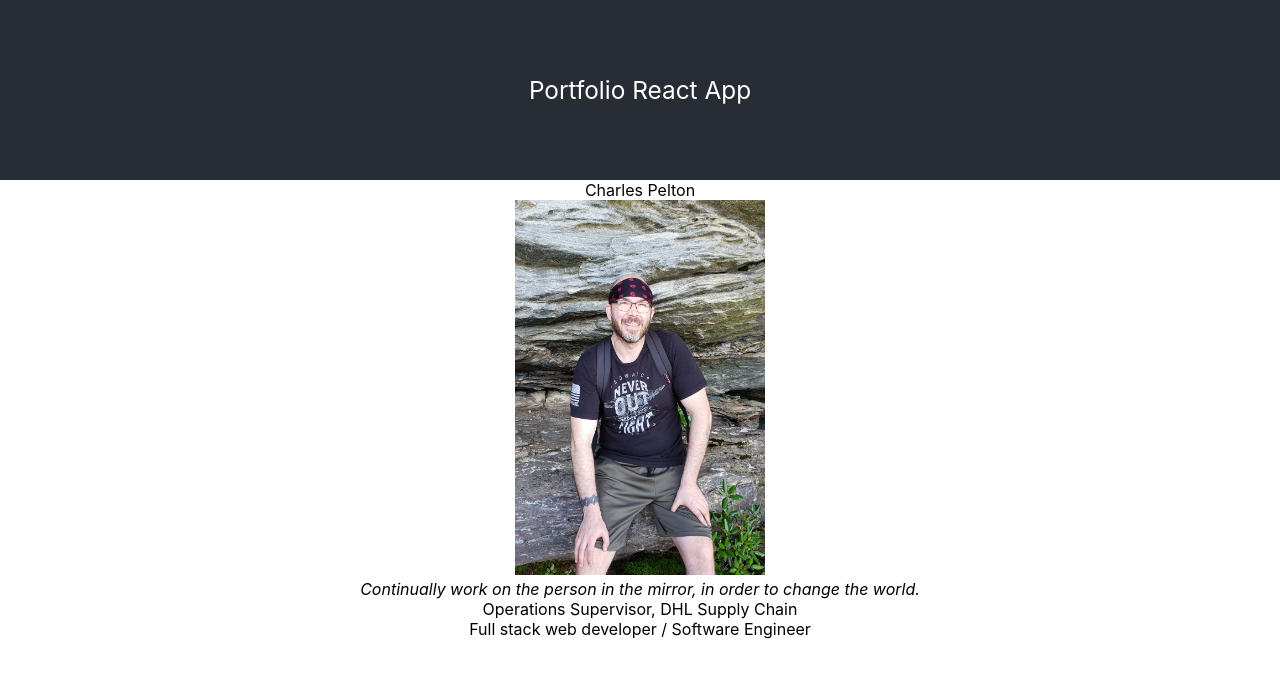
Repository: charliejp0311/PortfolioPage
Page: / (app in portfolio/)
An editor plug-in stored every save of this project. The page is shown before and after the next save, followed by the edit.
The browser window is 1280 px wide. The pictures show the whole page.
The project was rebuilt for these pictures with package versions that can differ from the ones it lists, and the page was loaded fresh each time.

Above is the page before, as saved 2020-12-07 12:34:40.

### portfolio/src/containers/App.js
import '../App.css';
import Me from '../components/me'


function App() {
  return (
    <div className="App">
      <header className="App-header">
        Portfolio React App
      </header>
      <Me />
    </div>
  );
}

export default App;

### portfolio/src/App.css
.App {
  text-align: center;
}

.App-logo {
  height: 40vmin;
  pointer-events: none;
}

@media (prefers-reduced-motion: no-preference) {
  .App-logo {
    animation: App-logo-spin infinite 20s linear;
  }
}

.App-header {
  background-color: #282c34;
  min-height: 25vh;
  display: flex;
  flex-direction: column;
  align-items: center;
  justify-content: center;
  font-size: calc(10px + 2vmin);
  color: white;
}

.App-link {
  color: #61dafb;
}

@keyframes App-logo-spin {
  from {
    transform: rotate(0deg);
  }
  to {
    transform: rotate(360deg);
  }
}

### portfolio/src/components/me.js
import { Component  } from "react";
import portfolioPic from "./images/summer2020.jpg";

class Me extends Component{
    state = {
        name: "Charles Pelton",
        moto: "Continually work on the person in the mirror, in order to change the world.",
        career: "Operations Supervisor, DHL Supply Chain",
        aspiration: "Full stack web developer / Software Engineer"
    }
    render(){
        return(
            <div id="me">
                {this.state.name}<br />
                <img src={portfolioPic} alt='Me' width='250' height='375' /><br />
                <em>{this.state.moto}</em><br />
                {this.state.career}<br />
                {this.state.aspiration}
            </div>
        )
    }
};

export default Me;

Loaded but not shown: portfolio/public/index.html (common file); portfolio/src/index.js (common file); Portfolio/src/index.css (common file); portfolio/src/reportWebVitals.js (common file)

After the next save:
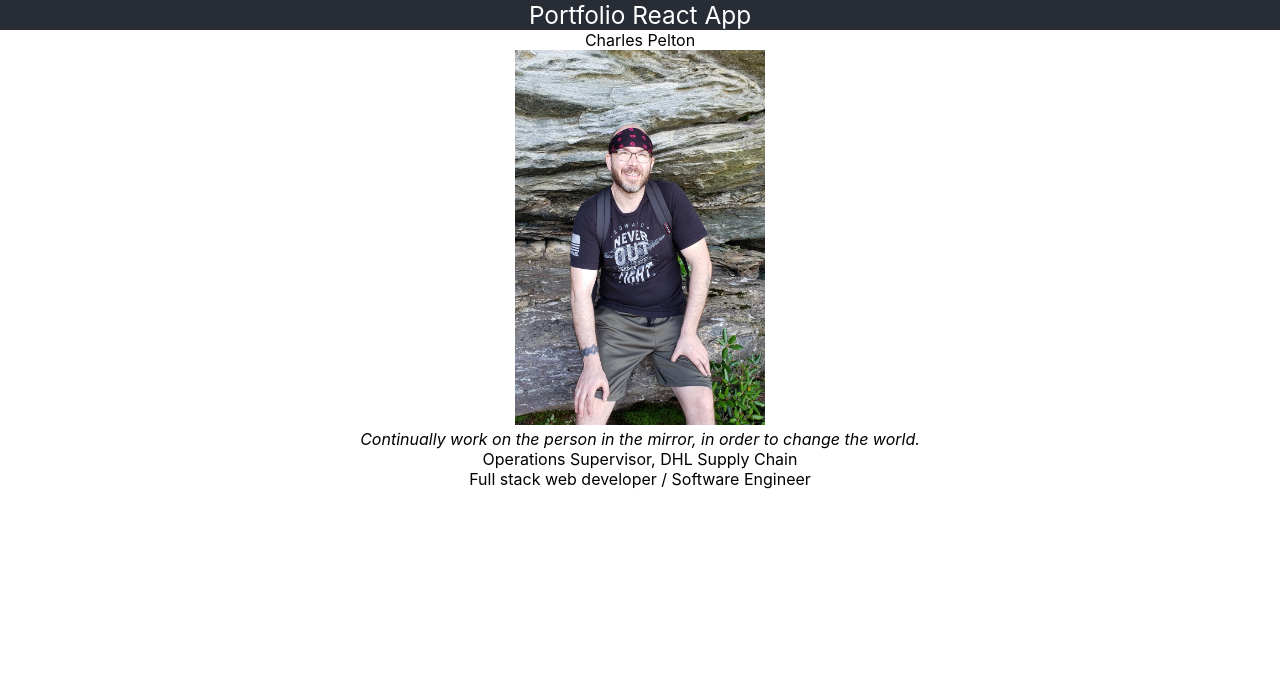
Saved 45 s later.
--- a/portfolio/src/App.css
+++ b/portfolio/src/App.css
@@ -15,7 +15,7 @@
 
 .App-header {
   background-color: #282c34;
-  min-height: 25vh;
+  min-height: 15%;
   display: flex;
   flex-direction: column;
   align-items: center;
